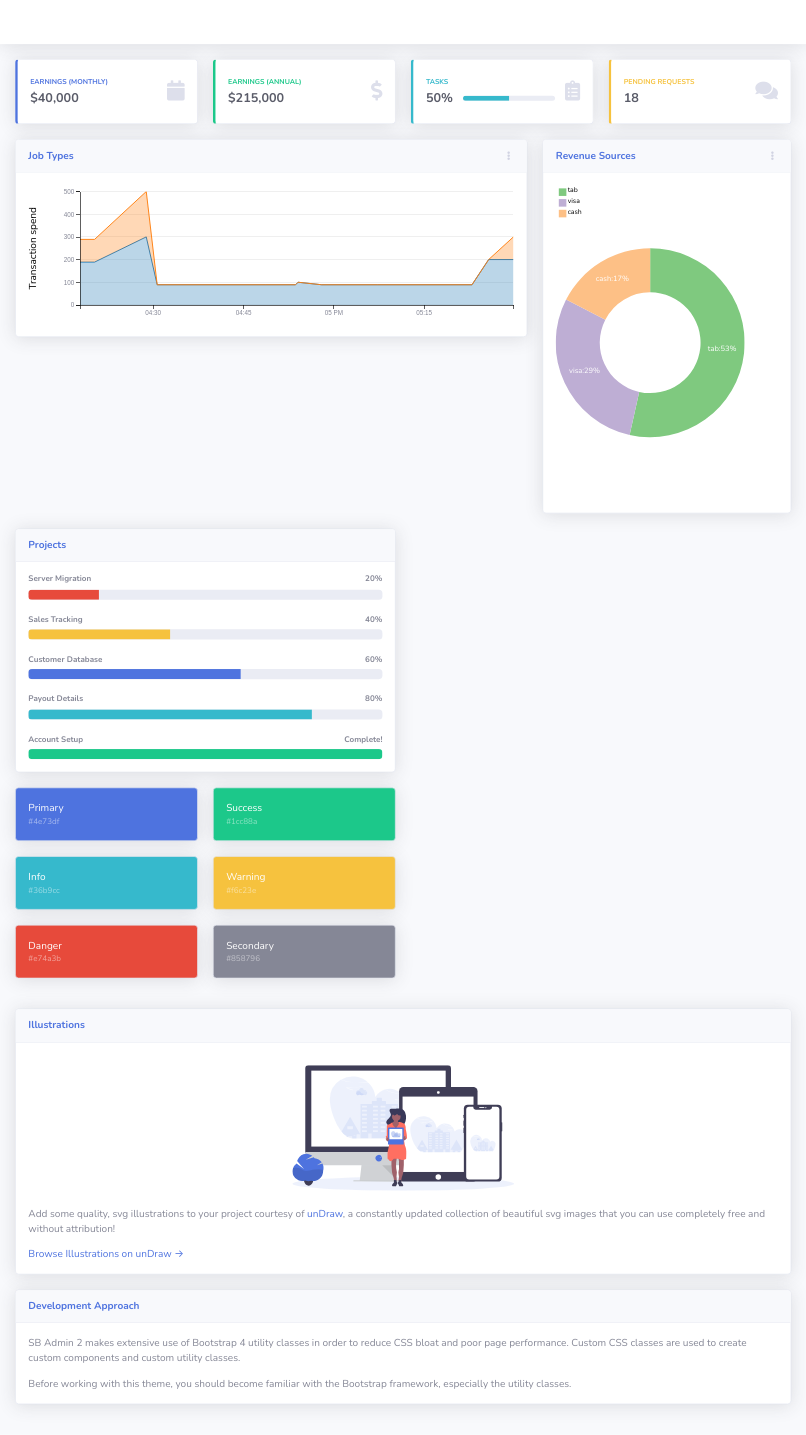
Repository: fLavery/NodeDashboard
Page: index.html
The author's editor kept a record of every edit. The page is drawn from the files as they stood at one moment, then again after the next edit.
The browser window is 1280 px wide. The pictures show the whole page, at 63% of full size.

Above is the page before.
Console error: TypeError: Cannot read properties of null (reading 'length')

After the next edit:
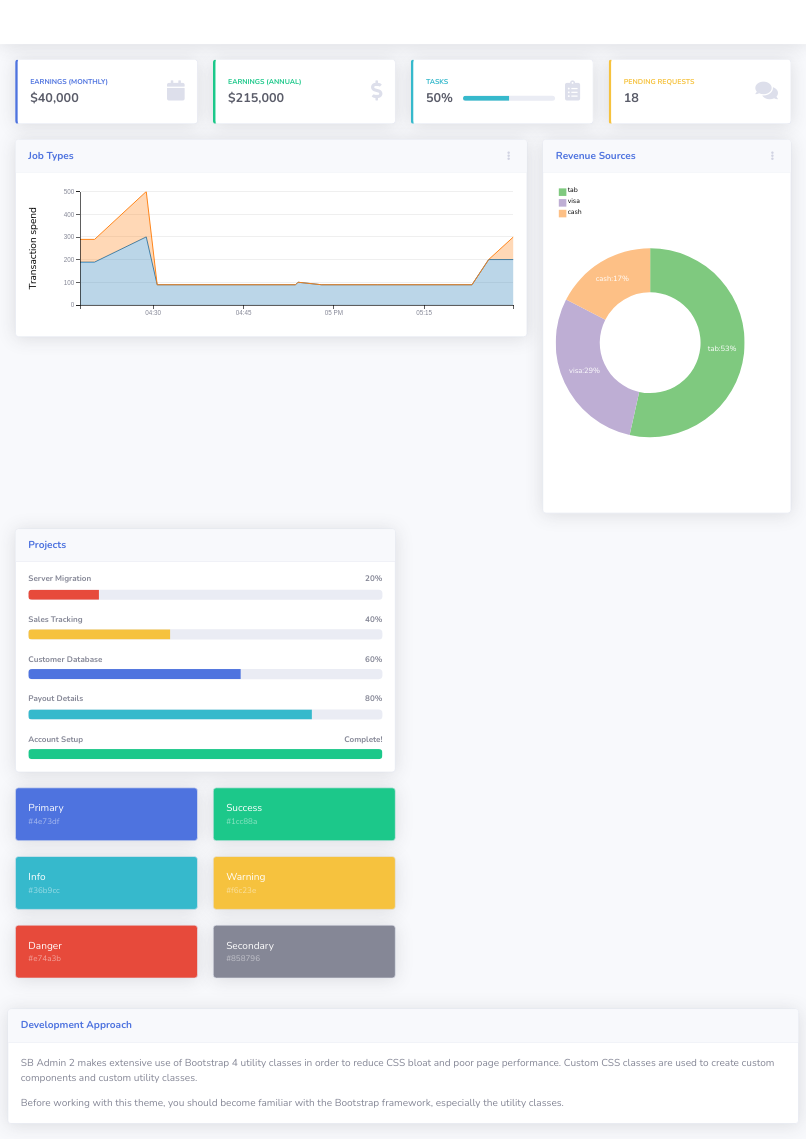
The edit:
--- a/index.html
+++ b/index.html
@@ -474,23 +474,7 @@
 
           </div>
 
-          <div class="col-lg-12 mb-4">
-
-            <!-- Illustrations -->
-            <div class="card shadow mb-4">
-              <div class="card-header py-3">
-                <h6 class="m-0 font-weight-bold text-primary">Illustrations</h6>
-              </div>
-              <div class="card-body">
-                <div class="text-center">
-                  <img class="img-fluid px-3 px-sm-4 mt-3 mb-4" style="width: 25rem;" src="img/undraw_posting_photo.svg" alt="">
-                </div>
-                <p>Add some quality, svg illustrations to your project courtesy of <a target="_blank" rel="nofollow" href="https://undraw.co/">unDraw</a>, a constantly updated collection of beautiful svg images that you can use completely free and without
-                  attribution!
-                </p>
-                <a target="_blank" rel="nofollow" href="https://undraw.co/">Browse Illustrations on unDraw &rarr;</a>
-              </div>
-            </div>
+
 
             <!-- Approach -->
             <div class="card shadow mb-4">
